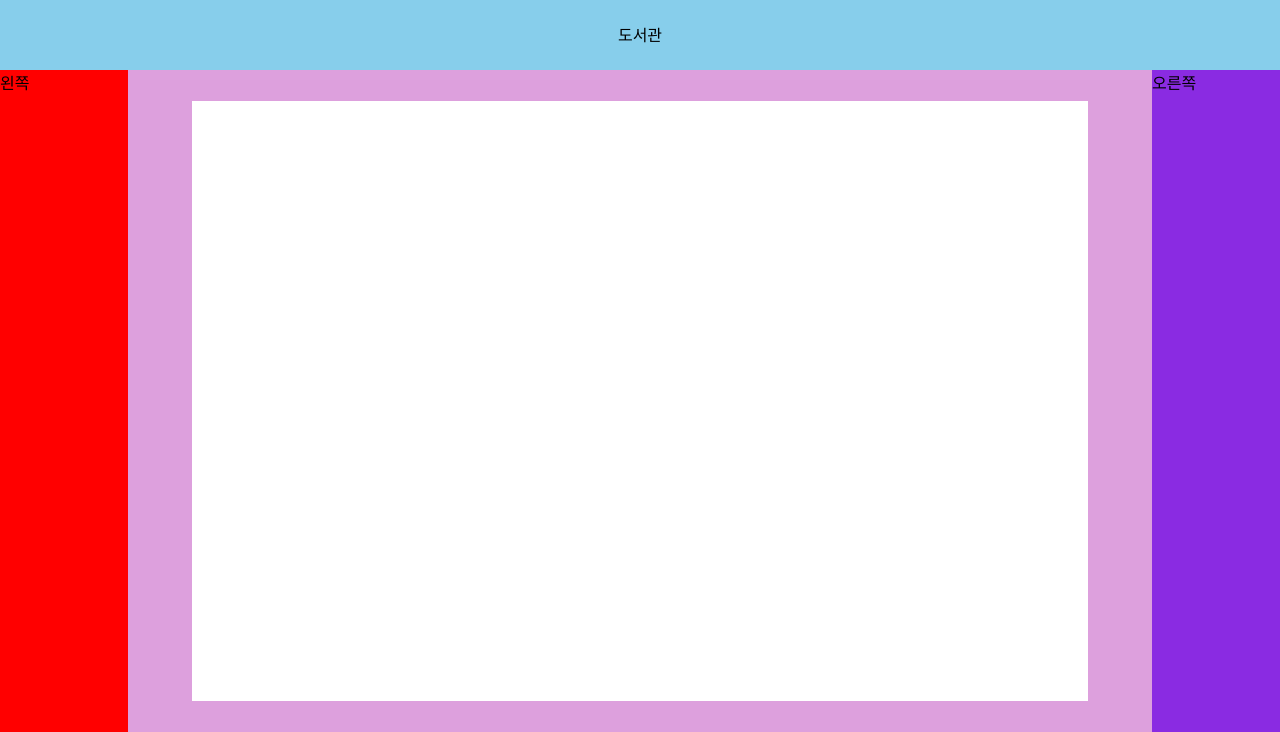
Repository: sojihwan/API_-Multi
Page: / (app in API/)
An editor plug-in stored every save of this project. The page is shown before and after the next save, followed by the edit.
The browser window is 1280 px wide. The pictures show the whole page.
The project was rebuilt for these pictures with package versions that can differ from the ones it lists, and the page was loaded fresh each time. Also part of the build but not shown: API/src/App.css.

Above is the page before, as saved 2022-05-24 15:33:03.

### API/src/App.js
import "./App.css";
import Layout from "./Layout/Layout";

function App() {
  return (
    <div>
      <Layout />
    </div>
  );
}

export default App;

### API/src/Layout/layout.js
import React from "react";
import "./Layout.css";
import Section from "./Section";

function Layout() {
  return (
    <div className="layout">
      <header>도서관</header>
      <main>
        <aside>왼쪽</aside>
        <Section />
        <aside>오른쪽</aside>
      </main>
    </div>
  );
}

export default Layout;

### API/src/Layout/layout.css
.layout {
  box-sizing: border-box;
}

header {
  top: 0px;
  width: 100%;
  height: 70px;
  line-height: 70px;
  text-align: center;
  background: skyblue;
}

aside {
  top: 70px;
}

main aside:first-child {
  position: absolute;
  left: 0;
  width: 10%;
  height: 91.9%;
  background: red;
}

main {
  display: flex;
  justify-content: center;
  align-items: center;
  min-height: 91.9vh;
  background: plum;
}

main aside:last-child {
  position: absolute;
  right: 0;
  width: 10%;
  height: 91.9%;
  background: blueviolet;
}

### API/src/Layout/Section.js
import React from "react";
import "../Layout/Section.css";

function Section() {
  return (
    <div className="section">
      <div></div>
    </div>
  );
}

export default Section;

### API/src/Layout/Section.css
.section {
  width: 70%;
  padding: 300px 0;
  text-align: center;
  background: white;
}

Loaded but not shown: API/public/index.html (common file); API/src/index.js (common file); API/src/index.css (common file); API/src/reportWebVitals.js (common file)

After the next save:
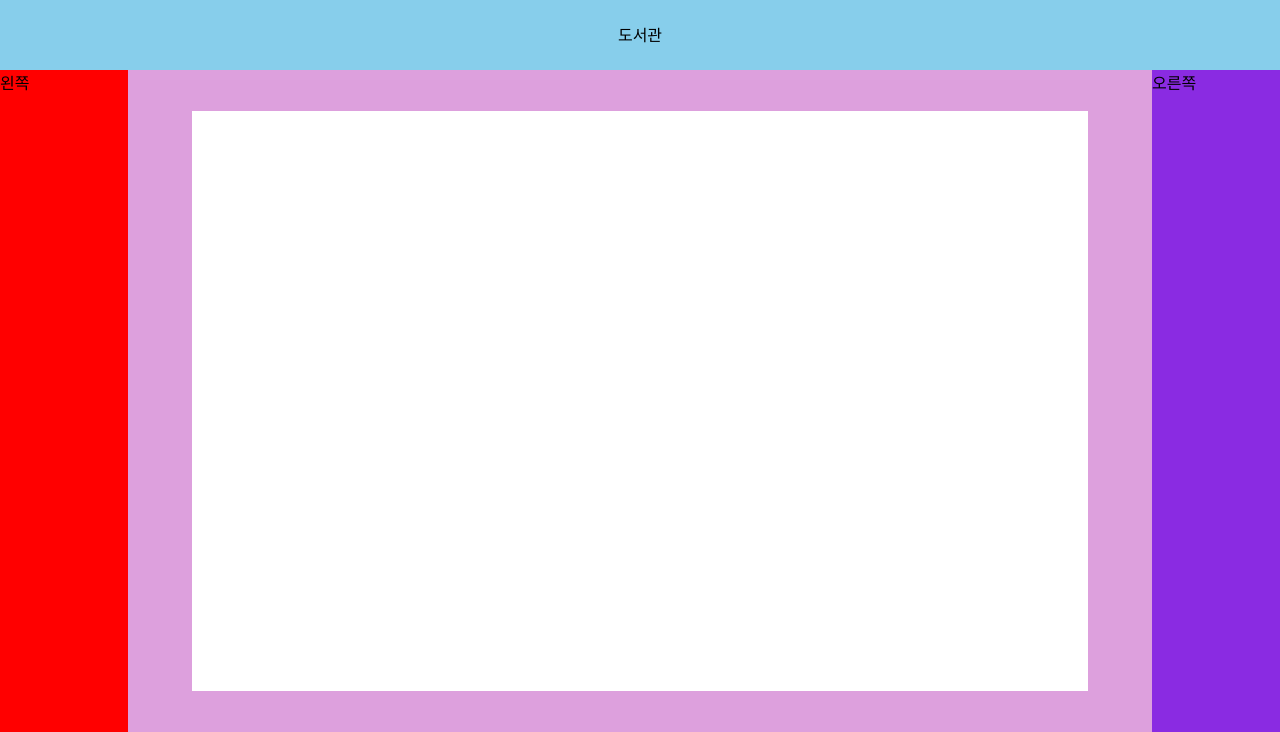
Saved 5 s later.
--- a/API/src/Layout/Section.css
+++ b/API/src/Layout/Section.css
@@ -1,6 +1,6 @@
 .section {
   width: 70%;
-  padding: 300px 0;
+  padding: 290px 0;
   text-align: center;
   background: white;
 }
